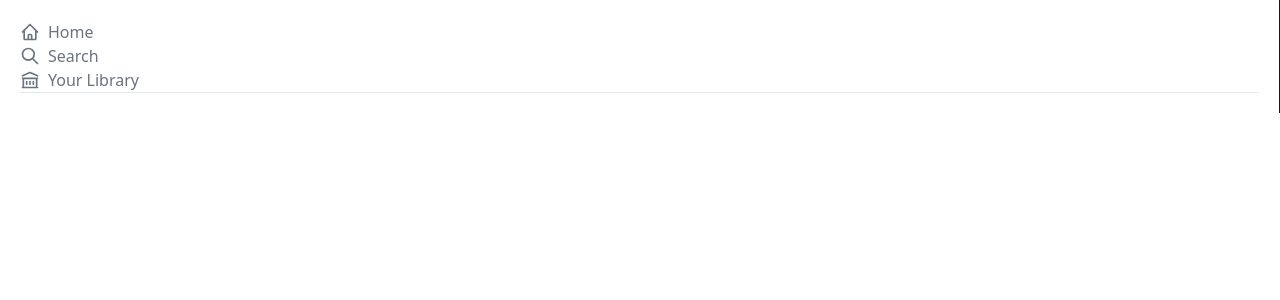
Repository: SehajBindra/Spotify-clone
Page: /
These files come from the project's save history. The page is drawn as it stood at one moment and after the next save; the edit follows.
The browser window is 1280 px wide. The pictures show the whole page.
The project was rebuilt for these pictures with package versions that can differ from the ones it lists, and the page was loaded fresh each time. The framework's server and built-in components were replaced by stand-ins that run in the browser. Also part of the build but not shown: next.config.js, styles/Home.module.css.

Above is the page before, as saved 2022-07-08 15:42:05.

After the next save:
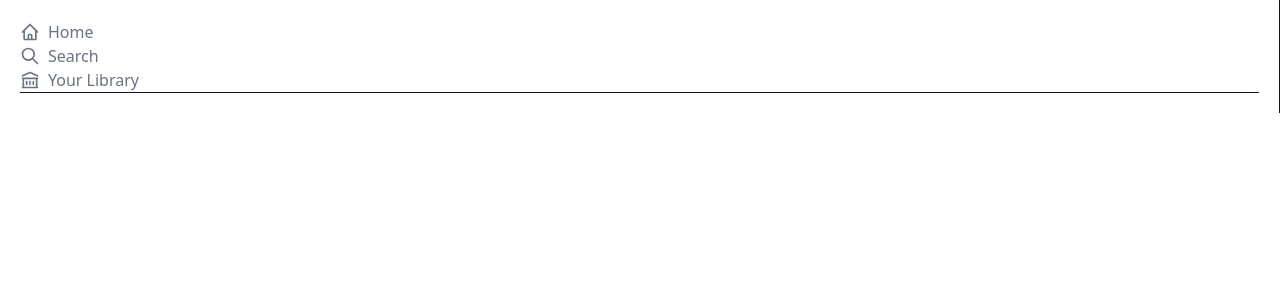
Saved 20 min 50 s later.
--- a/components/Sidebar.js
+++ b/components/Sidebar.js
@@ -17,7 +17,7 @@ function Sidebar() {
         <LibraryIcon className="h-6 w-5" />
         <p>Your Library</p>
       </button>
-      <hr className=" border-t " />
+      <hr className=" border-t [0.1px] border-gray-900" />
     </div>
   );
 }
